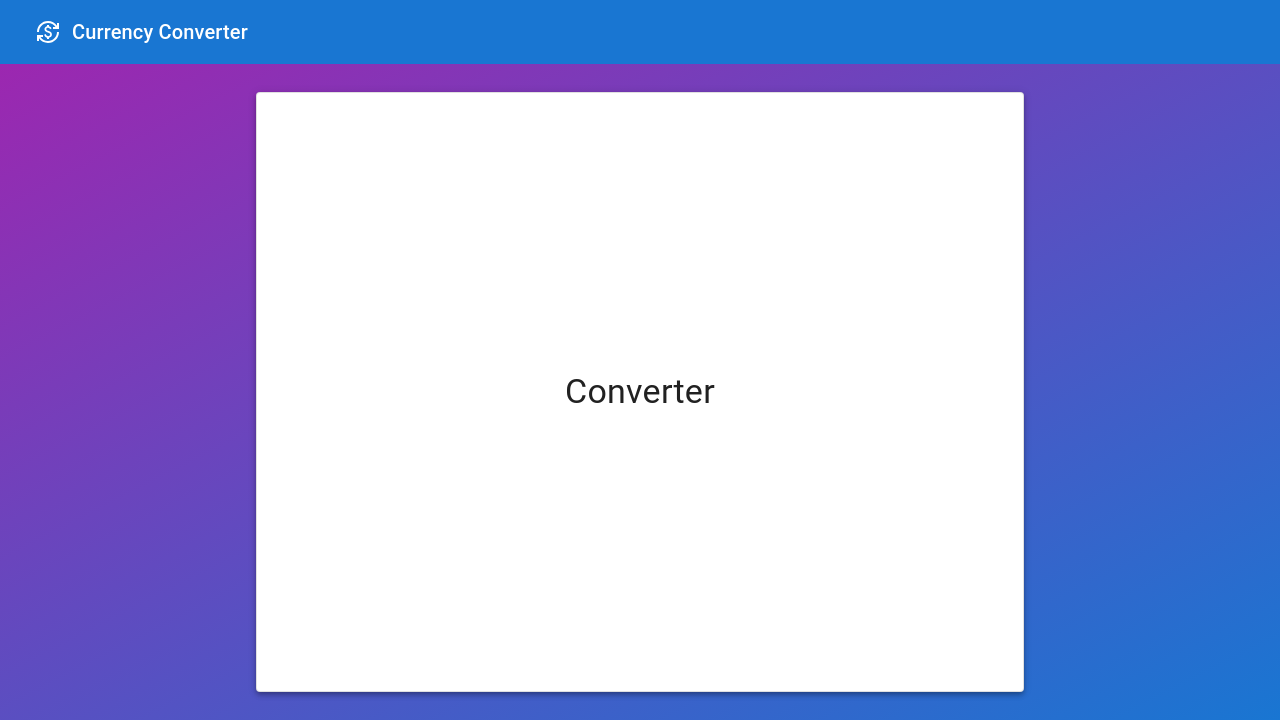
Repository: rutsguifd/currency-converter
Page: /
These files come from the project's save history. The page is drawn as it stood at one moment and after the next save; the edit follows.
The browser window is 1280 px wide. The pictures show the whole page.
The project was rebuilt for these pictures with package versions that can differ from the ones it lists, and the page was loaded fresh each time. Also part of the build but not shown: src/components/ErrorBoundary.jsx.

Above is the page before, as saved 2023-03-27 23:46:55.

### src/index.js
import { CssBaseline } from "@mui/material";
import React from "react";
import ReactDOM from "react-dom/client";
import { Provider } from "react-redux";
import { BrowserRouter } from "react-router-dom";
import App from "./App";
import { setupStore } from "./store";

const store = setupStore();

const root = ReactDOM.createRoot(document.getElementById("root"));
root.render(
  <Provider store={store}>
    <BrowserRouter>
      <CssBaseline>
        <App />
      </CssBaseline>
    </BrowserRouter>
  </Provider>
);

### src/App.js
import AppRouter from "./router/AppRouter";

function App() {
  return (
    <>
      <AppRouter />
    </>
  );
}

export default App;

### src/store/index.js
import { combineReducers, configureStore } from "@reduxjs/toolkit";
import { ConverterAPI } from "./ConverterService";

const rootReducer = combineReducers({
  [ConverterAPI.reducerPath]: ConverterAPI.reducer,
});

export const setupStore = () => {
  return configureStore({
    reducer: rootReducer,
    middleware: (getDefaultMiddleware) =>
      getDefaultMiddleware().concat(ConverterAPI.middleware),
  });
};

### src/router/AppRouter.jsx
import React from "react";
import { Route, Routes } from "react-router-dom";
import ErrorBoundary from "../components/ErrorBoundary";
import HomePage from "../pages/HomePage";

const AppRouter = () => {
  return (
    <Routes>
      <Route path="/" element={<HomePage />} />
      <Route path="/error" element={<ErrorBoundary />} />
    </Routes>
  );
};

export default AppRouter;

### src/store/ConverterService.js
import { createApi, fetchBaseQuery } from "@reduxjs/toolkit/dist/query/react";

const BASE_URL = "https://api.apilayer.com/exchangerates_data/";

const BASE_QUERY = fetchBaseQuery({
  baseUrl: BASE_URL,
  prepareHeaders: (headers) => {
    headers.set("apikey", "3yTPGVUhUYyAGGgNkKb2MySzxmY4qcWi");
    return headers;
  },
});

export const ConverterAPI = createApi({
  reducerPath: "ConverterAPI",
  baseQuery: BASE_QUERY,
  tagTypes: ["ConverterAPI"],
  endpoints: (build) => ({
    getLatestCurrency: build.query({
      query: ({ symbols, base }) => `latest?symbols=${symbols}&base=${base}`,
    }),
  }),
});

### src/pages/HomePage.jsx
import React from "react";
import ConvertContainer from "../components/ConvertContainer";
import MainLayout from "../layout/MainLayout";

const HomePage = () => {
  return (
    <MainLayout>
      <ConvertContainer />
    </MainLayout>
  );
};

export default HomePage;

### src/components/ConvertContainer.jsx
import { Container, Paper, useTheme } from "@mui/material";
import React from "react";
import Convert from "./Convert";

const ConvertContainer = () => {
  const theme = useTheme();

  return (
    <Container
      maxWidth={false}
      disableGutters
      sx={{
        display: "flex",
        justifyContent: "center",
        alignItems: "center",
        minHeight: "calc(100vh - 64px)",
        background: `linear-gradient(to right bottom, ${theme.palette.secondary.main},  ${theme.palette.primary.main})`,
      }}
    >
      <Paper
        variant="outlined"
        sx={{
          p: 4,
          display: "flex",
          flexDirection: "column",
          alignItems: "center",
          justifyContent: "center",
          width: "60vw",
          minWidth: "400px",
          height: "60vh",
          minHeight: "600px",
          gap: 4,
          boxShadow: 4,
        }}
      >
        <Convert />
      </Paper>
    </Container>
  );
};

export default ConvertContainer;

### src/layout/MainLayout.jsx
import React from "react";
import Header from "../components/Header";

const MainLayout = ({ children }) => {
  return (
    <>
      <Header />
      {children}
    </>
  );
};

export default MainLayout;

### src/components/Convert.jsx
import { Box, Typography } from "@mui/material";
import React from "react";

const Convert = () => {
  return (
    <Box>
      <Typography variant="h4">Converter</Typography>
    </Box>
  );
};

export default Convert;

### src/components/Header.jsx
import {
  AppBar,
  Box,
  CircularProgress,
  IconButton,
  Toolbar,
  Typography,
} from "@mui/material";
import CurrencyExchangeIcon from "@mui/icons-material/CurrencyExchange";
import EuroSymbolIcon from "@mui/icons-material/EuroSymbol";
import AttachMoneyIcon from "@mui/icons-material/AttachMoney";
import React from "react";
import { ConverterAPI } from "../store/ConverterService";
import { useNavigate } from "react-router-dom";

const Header = () => {
  const navigate = useNavigate();

  //   const {
  //     data: USDData,
  //     error: USDError,
  //     isLoading: USDLoading,
  //   } = ConverterAPI.useGetLatestCurrencyQuery({
  //     symbols: "UAH",
  //     base: "USD",
  //   });
  //   const {
  //     data: EURData,
  //     error: EURError,
  //     isLoading: EURLoading,
  //   } = ConverterAPI.useGetLatestCurrencyQuery({
  //     symbols: "UAH",
  //     base: "EUR",
  //   });
  //   if (USDError || EURError) {
  //     return navigate("/error");
  //   }
  return (
    <Box sx={{ flexGrow: 1 }}>
      <AppBar position="static">
        <Toolbar>
          <IconButton size="large" color="inherit">
            <CurrencyExchangeIcon />
          </IconButton>
          <Typography variant="h6" component="div" sx={{ flexGrow: 1 }}>
            Currency Converter
          </Typography>
          {/* <Box margin={2} display="flex" flexDirection="row">
            <EuroSymbolIcon />
            {EURLoading ? (
              <CircularProgress />
            ) : (
              <Typography>{EURData.rates.UAH}</Typography>
            )}
          </Box>
          <Box margin={2} display="flex" flexDirection="row">
            <AttachMoneyIcon />
            {USDLoading ? (
              <CircularProgress />
            ) : (
              <Typography>{USDData.rates.UAH}</Typography>
            )}
          </Box> */}
        </Toolbar>
      </AppBar>
    </Box>
  );
};

export default Header;

Loaded but not shown: public/index.html (common file)

After the next save:
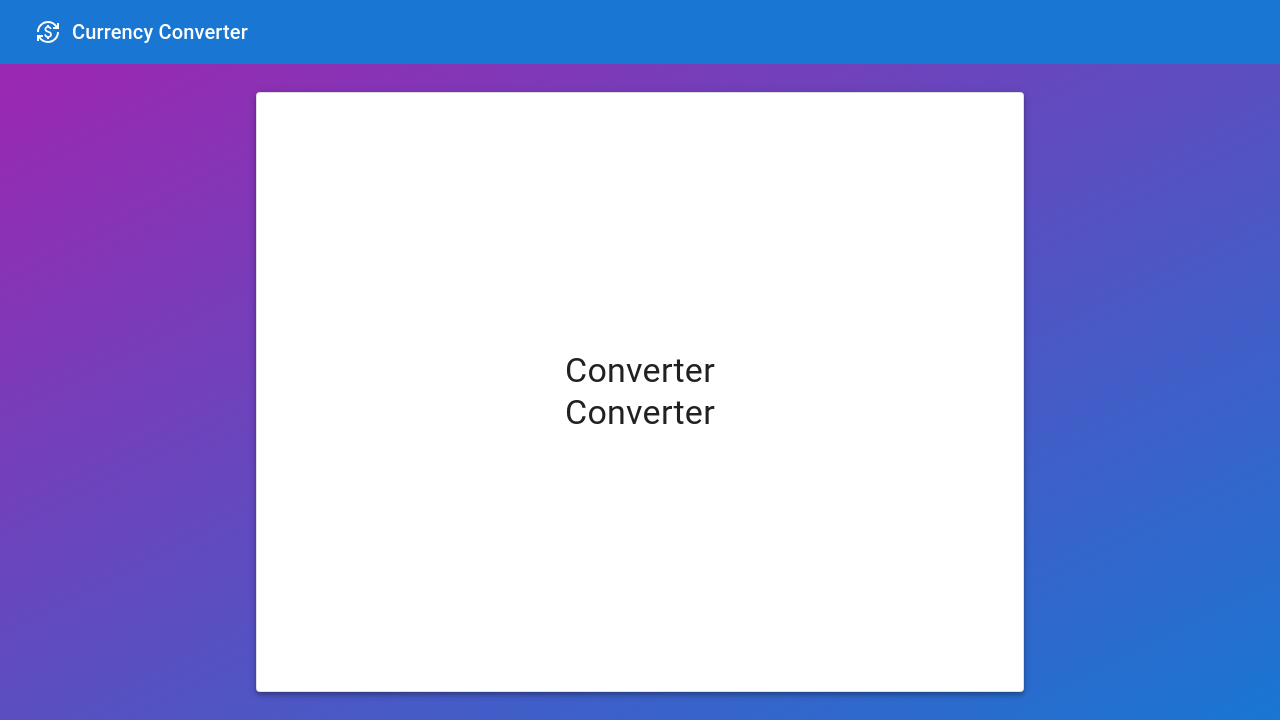
Saved 6 s later.
--- a/src/components/Convert.jsx
+++ b/src/components/Convert.jsx
@@ -5,6 +5,7 @@ const Convert = () => {
   return (
     <Box>
       <Typography variant="h4">Converter</Typography>
+      <Typography variant="h4">Converter</Typography>
     </Box>
   );
 };
